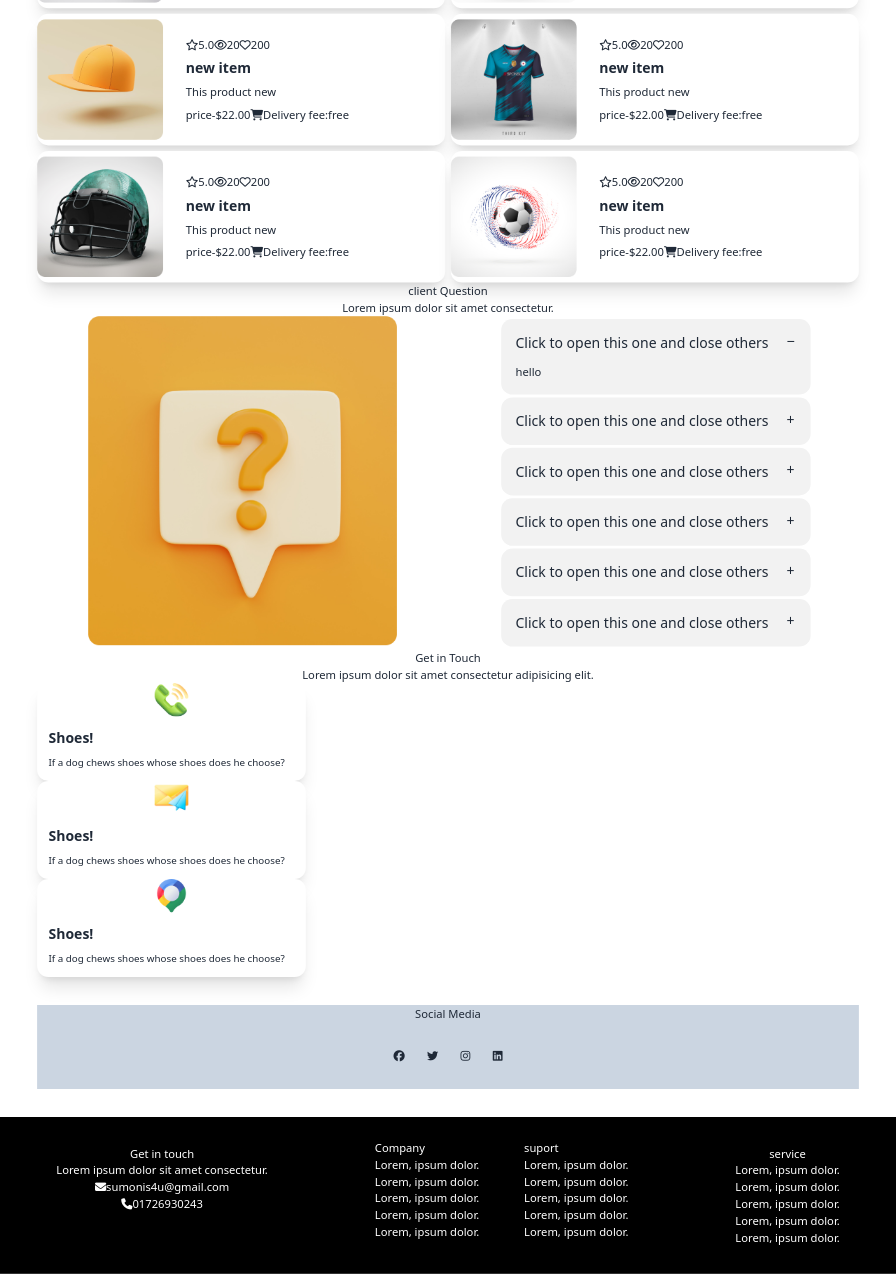
Repository: sumonkumarsarkar/bd-hockeys-team
Page: index.html
These files come from the project's save history. The page is drawn as it stood at one moment and after the next save; the edit follows.
The browser window is 1280 px wide. The pictures show the part of the page from y = 2154 to 4074 px (the page is 3974 px tall before and 4074 px after), at 70% of full size.
Some web libraries are served in a nearby version.

Above is the page before, as saved 2024-01-24 00:46:31.

After the next save:
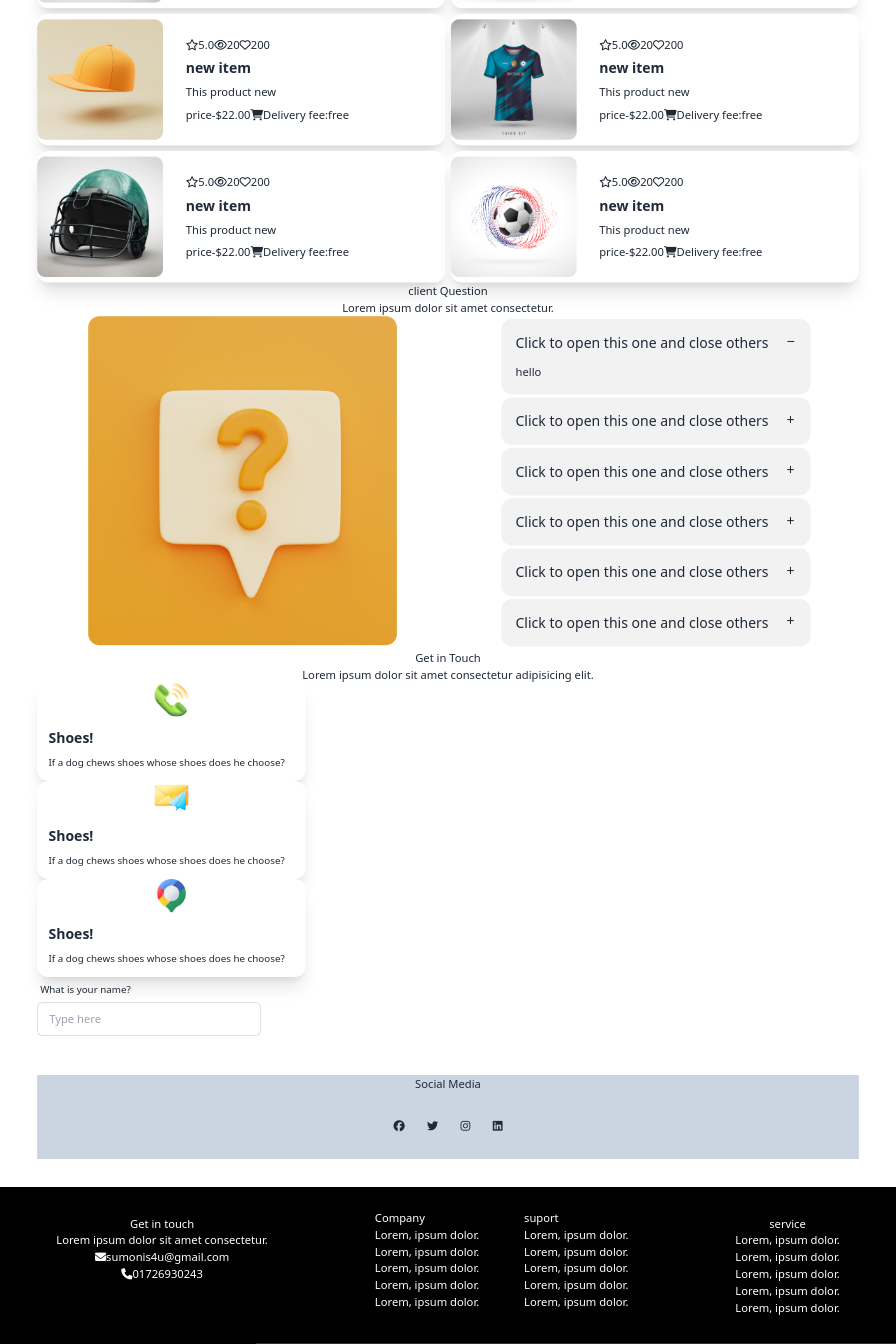
Saved 45 s later.
--- a/index.html
+++ b/index.html
@@ -492,6 +492,15 @@
 <div>
 
 
+    <label class="form-control w-full max-w-xs">
+        <div class="label">
+          <span class="label-text">What is your name?</span>
+        </div>
+        <input type="text" placeholder="Type here" class="input input-bordered w-full max-w-xs" />
+        <div class="label">
+        </div>
+      </label>
+
 
 </div>
 
